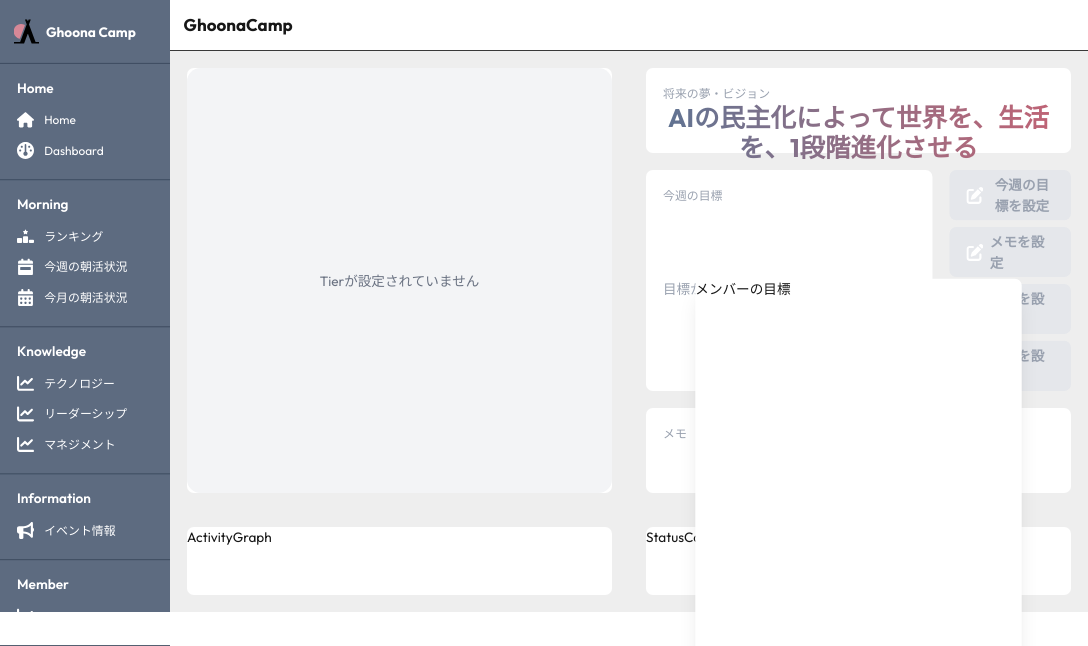
Repository: ShotaGhoona/ghoonacamp_platform
Page: /home/dashboard
The author's editor kept a copy of each file at every save. The page is drawn from the files as they stood at one save, then again after a run of saves.
The browser window is 1280 px wide. The pictures show the whole page, at 85% of full size.
The page's requests for data from a server got no answer. The project was rebuilt for these pictures with package versions that can differ from the ones it lists, and the page was loaded fresh each time. Some packages were replaced by stand-ins written for this rebuild. The framework's server and built-in components were replaced by stand-ins that run in the browser. No one was signed in, and anything a server would have sent is missing. Also part of the build but not shown: next.config.js.

Above is the page before, as saved 2025-04-26 09:08:11.

### src/app/layout.tsx
import type { Metadata } from 'next';
import { Outfit } from 'next/font/google';
import './globals.css';
import Sidebar from '@/components/display/sidebar';
import Header from '@/components/display/header';
import { ClerkProvider } from '@clerk/nextjs';

const outfit = Outfit({ subsets: ['latin'] });

export const metadata: Metadata = {
  title: 'Ghoona Camp',
  description: 'Ghoona Camp Platform',
};

export default function RootLayout({
  children,
}: {
  children: React.ReactNode;
}) {
  return (
    <ClerkProvider>
      <html lang="ja">
        <body className={outfit.className}>
          <div className="flex">
            <div className="w-[200px] transition-all duration-300">
              <Sidebar />
            </div>
            <div className="flex-1 flex flex-col max-h-screen">
              <Header />
              <main className="bg-[#EEEEEE] flex-1 min-h-[calc(100vh-60px)] p-5">
                {children}
              </main>
            </div>
          </div>
        </body>
      </html>
    </ClerkProvider>
  );
}

### src/app/home/dashboard/page.tsx
import DashboardPage from "@/features/home/dashboard/display/index";

export default function Home() {
  return (
    <DashboardPage />
  );
}

### src/components/display/sidebar.tsx
'use client';

import Link from 'next/link';
import { usePathname } from 'next/navigation';
import clsx from 'clsx';

const groups: { title: string; links: { href: string; label: string; icon: string }[] }[] = [
  {
    title: 'Home',
    links: [
      { href: '/home', label: 'Home', icon: '/svg/sidebarIcon/home.svg' },
      { href: '/home/dashboard', label: 'Dashboard', icon: '/svg/sidebarIcon/dashboard.svg' },
    ],
  },
  {
    title: 'Morning',
    links: [
      { href: '/morning/ranking', label: 'ランキング', icon: '/svg/sidebarIcon/ranking.svg' },
      { href: '/morning/weekend', label: '今週の朝活状況', icon: '/svg/sidebarIcon/week.svg' },
      { href: '/morning/month', label: '今月の朝活状況', icon: '/svg/sidebarIcon/month.svg' },
    ],
  },
  {
    title: 'Knowledge',
    links: [
      { href: '/knowledge/tech', label: 'テクノロジー', icon: '/svg/sidebarIcon/analysis.svg' },
      { href: '/knowledge/leadership', label: 'リーダーシップ', icon: '/svg/sidebarIcon/analysis.svg' },
      { href: '/knowledge/management', label: 'マネジメント', icon: '/svg/sidebarIcon/analysis.svg' },
    ],
  },
  {
    title: 'Information',
    links: [{ href: '/information/events', label: 'イベント情報', icon: '/svg/sidebarIcon/externalEvents.svg' }],
  },
  {
    title: 'Member',
    links: [{ href: '/members', label: 'GhoonaCamper', icon: '/svg/sidebarIcon/analysis.svg' }],
  },
];

export default function Sidebar() {
  const pathname = usePathname();

  return (
    <aside className="w-full h-screen bg-[#5D6B80] text-white">
      <div className="flex items-center gap-2 h-[75px] px-4 border-b border-[#374559]">
        <img src="/svg/logo.svg" alt="Ghoona Camp" className="w-[30px] h-[30px]" />
        <span className="font-bold">Ghoona Camp</span>
      </div>

      <nav>
        {groups.map((g) => (
          <div key={g.title} className="border-b border-[#374559] px-[20px] py-4">
            <p className="text-base font-semibold mb-2">
              {g.title}
            </p>
            {g.links.map((l) => (
              <Link
                key={l.href}
                href={l.href}
                className={clsx(
                  'flex items-center gap-3 py-2 text-sm',
                  pathname === l.href
                    ? 'bg-primary text-white'
                    : 'hover:bg-slate-600'
                )}
              >
                <img src={l.icon} alt={l.label} className="w-[20px] h-[20px]" />
                <span>{l.label}</span>
              </Link>
            ))}
          </div>
        ))}
      </nav>
    </aside>
  );
}

### src/components/display/header.tsx
'use client';

import { UserButton, useUser } from '@clerk/nextjs';

export default function Header() {
  const { user, isLoaded } = useUser();

  return (
    <header className="w-full h-16 border-b flex items-center justify-between px-4">
      <div className="flex items-center gap-4">
        <h1 className="text-xl font-bold">GhoonaCamp</h1>
      </div>
      <div className="flex items-center gap-4">
        {isLoaded && user && (
          <div className="flex items-center gap-2">
            <span className="text-sm">
              {user.firstName} {user.lastName}
            </span>
            <UserButton afterSignOutUrl="/" />
          </div>
        )}
      </div>
    </header>
  );
}

### src/features/home/dashboard/display/index.tsx
'use client';

import { ProfileSection } from './ProfileSection';
import { ActivityGraph } from './ActivityGraph';
import { StatusCard } from './StatusCard';
import { TierCard } from './TierCard';

export default function DashboardPage() {
  return (
    <div className="flex flex-col gap-10 h-full">
      <div className="flex h-[500px] gap-10">
        <div className="w-[500px] h-full bg-white rounded-lg">
          <TierCard />
        </div>
        <div className="flex-1 h-full">
          <ProfileSection />
        </div>
      </div>
      <div className="flex-1 flex gap-10">
        <div className="flex-1 h-full bg-white rounded-lg">
          <ActivityGraph />
        </div>
        <div className="flex-1 h-full bg-white rounded-lg">
          <StatusCard/>
        </div>
      </div>
    </div>
  );
}

### src/features/home/dashboard/display/ProfileSection.tsx
import { useWeeklyGoals } from '../hooks/useWeeklyGoals';
import { usePopUp } from '@/hooks/usePopUp';
import { PopUp } from '@/components/display/PopUp';
import { EditGoalModal } from '../modals/EditGoalModal';

export const ProfileSection = () => {
  const { goals, isLoading, error } = useWeeklyGoals();
  const { isOpen, openPopUp, closePopUp } = usePopUp();

  console.log('Component - レンダリング時の状態:', {
    goalsLength: goals.length,
    isLoading,
    hasError: !!error
  });

  return (
    <>
      <div className="w-full h-full flex flex-col items-center justify-center gap-5">
          <div className="w-full h-[20%] bg-white rounded-lg p-5 flex flex-col">
              <p className="text-sm text-gray-400">将来の夢・ビジョン</p>
              <p className="
              flex-1 text-3xl font-bold text-center flex items-center justify-center
              text-transparent bg-clip-text bg-gradient-to-r from-[#5F7392] to-[#BF6375]
              ">AIの民主化によって世界を、生活を、1段階進化させる</p>
          </div>
          <div className="w-full flex-1 gap-5 flex">
              <div className="w-[70%] h-full bg-white rounded-lg p-5 flex flex-col">
                  <p className="text-sm text-gray-400">今週の目標</p>
                  <div className="flex-1 flex flex-col justify-center gap-2">
                      {isLoading ? (
                          <p className="text-gray-400">読み込み中...</p>
                      ) : error ? (
                          <p className="text-red-500">エラーが発生しました</p>
                      ) : goals.length === 0 ? (
                          <p className="text-gray-400">目標が設定されていません</p>
                      ) : (
                          goals.map((goal) => (
                              <p key={goal.id} className="text-gray-700">{goal.content}</p>
                          ))
                      )}
                  </div>
              </div>
              <div className="w-[30%] h-full gap-2 flex flex-col">
                  <button
                      onClick={() => openPopUp()}
                      className="flex-1 bg-gray-200 rounded-lg w-full flex items-center gap-2 px-5 hover:bg-gray-300 transition-colors"
                  >
                      <img src="/svg/edit.svg" alt="" className="w-5 h-5"/>
                      <p className="text-gray-400 font-bold">今週の目標を設定</p>
                  </button>
                  <div className="flex-1 bg-gray-200 rounded-lg w-full flex items-center gap-2 px-5">
                      <img src="/svg/edit.svg" alt="" className="w-5 h-5"/>
                      <p className="text-gray-400 font-bold">メモを設定</p>
                  </div>
                  <div className="flex-1 bg-gray-200 rounded-lg w-full flex items-center gap-2 px-5">
                      <img src="/svg/edit.svg" alt="" className="w-5 h-5"/>
                      <p className="text-gray-400 font-bold">メモを設定</p>
                  </div>
                  <div className="flex-1 bg-gray-200 rounded-lg w-full flex items-center gap-2 px-5">
                      <img src="/svg/edit.svg" alt="" className="w-5 h-5"/>
                      <p className="text-gray-400 font-bold">メモを設定</p>
                  </div>
              </div>
          </div>
          <div className="w-full h-[20%] bg-white rounded-lg p-5">
              <p className="text-sm text-gray-400">メモ</p>
          </div>
      </div>

      {/* 目標設定ポップアップ */}
      <PopUp isOpen={isOpen} onClose={closePopUp}>
        <EditGoalModal onClose={closePopUp} />
      </PopUp>
    </>
  );
};

### src/features/home/dashboard/display/ActivityGraph.tsx
export const ActivityGraph = () => {
    return <div>ActivityGraph</div>;
  };

### src/features/home/dashboard/display/StatusCard.tsx
export const StatusCard = () => {
    return <div>StatusCard</div>;
  };

### src/features/home/dashboard/display/TierCard.tsx
'use client';

import { useUserTier } from '../hooks/useUserTier';

export const TierCard = () => {
  const { tier, isLoading, error } = useUserTier();

  if (isLoading) {
    return (
      <div className="w-full h-full flex items-center justify-center bg-gray-100 rounded-2xl">
        <div className="text-gray-500">読み込み中...</div>
      </div>
    );
  }

  if (error) {
    return (
      <div className="w-full h-full flex items-center justify-center bg-gray-100 rounded-2xl">
        <div className="text-red-500">エラーが発生しました</div>
      </div>
    );
  }

  if (!tier) {
    return (
      <div className="w-full h-full flex items-center justify-center bg-gray-100 rounded-2xl">
        <div className="text-gray-500">Tierが設定されていません</div>
      </div>
    );
  }

  return (
    <div
      className="w-full h-full flex flex-col items-center justify-center relative rounded-lg overflow-hidden"
      style={{ backgroundColor: tier.badgeColor }}
    >
      <img
        src={`${tier.cardImageUrl}.svg`}
        alt={tier.titleEn}
        className="w-[80%] h-[80%] object-contain"
      />
      <div className="absolute bottom-0 p-6 text-white flex flex-col items-center justify-center mb-10">
        <div className="text-2xl font-bold">{tier.titleJa}</div>
        <div className="text-5xl font-bold">{tier.titleEn}</div>
      </div>
    </div>
  );
};

### src/features/home/dashboard/hooks/useWeeklyGoals.ts
'use client';

import { useEffect, useState } from 'react';
import { useAuth } from '@clerk/nextjs';

type WeeklyGoal = {
  id: number;
  content: string;
  isPublic: boolean;
  isPast: boolean;
  reflection: string | null;
  weekStart: string;
};

export const useWeeklyGoals = () => {
  const { userId } = useAuth();
  const [goals, setGoals] = useState<WeeklyGoal[]>([]);
  const [isLoading, setIsLoading] = useState(true);
  const [error, setError] = useState<Error | null>(null);

  useEffect(() => {
    console.log('Hook - useEffect発火, userId:', userId);

    const fetchWeeklyGoals = async () => {
      if (!userId) {
        console.log('Hook - userIdが存在しないため、処理を中断');
        setIsLoading(false);
        return;
      }

      try {
        console.log('Hook - APIリクエスト開始');
        const response = await fetch('/api/user/weekly-goals');
        console.log('Hook - APIレスポンス:', response.status, response.statusText);

        if (!response.ok) {
          throw new Error('週間目標の取得に失敗しました');
        }
        const data = await response.json();
        console.log('Hook - 取得したデータ:', data);
        setGoals(data);
      } catch (err) {
        console.error('Hook - エラー発生:', err);
        setError(err instanceof Error ? err : new Error('Unknown error'));
      } finally {
        setIsLoading(false);
      }
    };

    fetchWeeklyGoals();
  }, [userId]);

  return { goals, isLoading, error };
};

### src/hooks/usePopUp.ts
import { useState } from 'react';

type UsePopUpReturn = {
  isOpen: boolean;
  selectedData: any | null;
  openPopUp: (data?: any) => void;
  closePopUp: () => void;
};

export const usePopUp = (): UsePopUpReturn => {
  const [isOpen, setIsOpen] = useState(false);
  const [selectedData, setSelectedData] = useState<any | null>(null);

  const openPopUp = (data: any = null) => {
    setSelectedData(data);
    setIsOpen(true);
  };

  const closePopUp = () => {
    setIsOpen(false);
    setSelectedData(null);
  };

  return {
    isOpen,
    selectedData,
    openPopUp,
    closePopUp,
  };
};

### src/components/display/PopUp.tsx
import { ReactNode } from 'react';
import { XMarkIcon } from '@heroicons/react/24/outline';

type PopUpProps = {
  isOpen: boolean;
  onClose: () => void;
  children: ReactNode;
};

export const PopUp = ({ isOpen, onClose, children }: PopUpProps) => {
  return (
    <>
      {/* オーバーレイ */}
      <div
        className={`fixed inset-0 bg-black/30 transition-opacity duration-300 ${
          isOpen ? 'opacity-100' : 'opacity-0 pointer-events-none'
        }`}
        onClick={onClose}
      />
      <div className="flex justify-center items-center">

        <div
            className={`fixed
            w-[30%] h-[70%] bg-white rounded-lg shadow-xl transition-all duration-300
            }`}
        >
            <div>
                <p>メンバーの目標</p>
            </div>
        </div>

        {/* ポップアップパネル */}
        <div
            className={`fixed top-1/2 left-1/2 transform -translate-x-1/2 -translate-y-1/2
            w-[50%] h-[70%] bg-white rounded-lg shadow-xl transition-all duration-300 ${
            isOpen ? 'scale-100 opacity-100' : 'scale-95 opacity-0 pointer-events-none'
            }`}
        >
            <div className="flex flex-col h-[100%]">
            {/* ヘッダー */}
            <div className="flex justify-end p-4">
                <button
                onClick={onClose}
                className="text-gray-400 hover:text-gray-600 transition-colors"
                >
                <XMarkIcon className="h-5 w-5" />
                </button>
            </div>

            {/* コンテンツエリア */}
            <div className="flex-1 px-6 pb-6">
                {children}
            </div>
            </div>
        </div>
      </div>
    </>
  );
};

### src/features/home/dashboard/modals/EditGoalModal.tsx
'use client';

import { useState, useEffect } from 'react';
import { useSaveWeeklyGoal, WeeklyGoalInput } from '../hooks/useSaveWeeklyGoal';
import { useWeeklyGoals } from '../hooks/useWeeklyGoals';

type EditGoalModalProps = {
  onClose: () => void;
};

export const EditGoalModal = ({ onClose }: EditGoalModalProps) => {
  const { saveGoals, isLoading: isSaving, error: saveError } = useSaveWeeklyGoal();
  const { goals: currentGoals, isLoading: isLoadingGoals } = useWeeklyGoals();
  const [goals, setGoals] = useState<string[]>(['']);
  const [isPublic, setIsPublic] = useState(true);

  // 既存の目標をフォームに設定
  useEffect(() => {
    if (currentGoals && currentGoals.length > 0) {
      // 現在の目標をフォームに設定
      const contents = currentGoals.map(goal => goal.content);
      setGoals(contents);
      // 公開設定も既存の設定を使用
      setIsPublic(currentGoals[0]?.isPublic ?? true);
    }
  }, [currentGoals]);

  const handleSave = async () => {
    const input: WeeklyGoalInput = {
      goals: goals.filter(goal => goal.trim() !== ''),
      isPublic,
    };

    const success = await saveGoals(input);
    if (success) {
      onClose();
    }
  };

  const addGoal = () => {
    setGoals([...goals, '']);
  };

  const removeGoal = (index: number) => {
    setGoals(goals.filter((_, i) => i !== index));
  };

  const updateGoal = (index: number, value: string) => {
    const newGoals = [...goals];
    newGoals[index] = value;
    setGoals(newGoals);
  };

  if (isLoadingGoals) {
    return (
      <div className="flex items-center justify-center h-[400px]">
        <p className="text-gray-500">読み込み中...</p>
      </div>
    );
  }

  return (
    <div className="flex flex-col justify-between h-[100%]">
      <div className="">
        {/* タイトル */}
        <h2 className="text-2xl font-bold text-gray-800 mb-5">今週の目標を設定</h2>
        <div className="w-full border border-gray-300 rounded-lg p-5 flex flex-col mb-5">
            <p className="text-sm text-gray-400">将来の夢・ビジョン</p>
            <p className="
            flex-1 text-3xl font-bold text-center flex items-center justify-center
            text-transparent bg-clip-text bg-gradient-to-r from-[#5F7392] to-[#BF6375]
            ">AIの民主化によって世界を、生活を、1段階進化させる</p>
        </div>

        {/* エラーメッセージ */}
        {saveError && (
          <div className="mb-4 text-red-500 text-sm">
            {saveError.message}
          </div>
        )}

        {/* フォーム */}
        <div className="space-y-4">
            {goals.map((goal, index) => (
              <div key={index} className="flex gap-2">
                <input
                  type="text"
                  className="flex-1 px-3 py-2 bg-gray-100 rounded-lg focus:outline-none focus:ring-2 focus:ring-gray-300 focus:border-gray-300"
                  placeholder={index === 0 ? "目標を入力（必須）" : "目標を入力（任意）"}
                  value={goal}
                  onChange={(e) => updateGoal(index, e.target.value)}
                />
                {goals.length > 1 && (
                  <button
                    onClick={() => removeGoal(index)}
                    className="px-2 py-2 text-gray-500 hover:text-red-500 transition-colors"
                  >
                    ×
                  </button>
                )}
              </div>
            ))}

            {/* 目標追加ボタン */}
            <button
              onClick={addGoal}
              className="w-full px-3 py-2 text-sm text-gray-500 border border-dashed border-gray-300 rounded-lg hover:bg-gray-50 transition-colors"
            >
              + 目標を追加
            </button>

            {/* 公開設定 */}
            <div className="flex items-center gap-2 mt-4">
              <input
                type="checkbox"
                id="isPublic"
                className="h-4 w-4 text-blue-600 focus:ring-blue-500 border-gray-300 rounded"
                checked={isPublic}
                onChange={(e) => setIsPublic(e.target.checked)}
              />
              <label htmlFor="isPublic" className="text-sm text-gray-700">
                目標を他のメンバーに公開する
              </label>
            </div>
        </div>
      </div>
      <div className="flex justify-between gap-3 pt-4">
        <div className="flex gap-3">
            <button
                onClick={() => openPopUp('left')}
                className="px-4 py-2 text-sm font-medium text-gray-700 bg-white border border-gray-300 rounded-md shadow-sm hover:bg-gray-50 focus:outline-none focus:ring-2 focus:ring-offset-2 focus:ring-blue-500"
            >
                メンバーの目標を覗く
            </button>
        </div>
        <div className="flex gap-3">
            <button
            onClick={onClose}
            disabled={isSaving}
            className="px-4 py-2 text-sm font-medium text-gray-700 bg-white border border-gray-300 rounded-md shadow-sm hover:bg-gray-50 focus:outline-none focus:ring-2 focus:ring-offset-2 focus:ring-blue-500"
            >
            キャンセル
            </button>
            <button
            onClick={handleSave}
            disabled={isSaving || !goals[0]?.trim()}
            className={`px-4 py-2 text-sm font-medium text-white border border-transparent rounded-md shadow-sm focus:outline-none focus:ring-2 focus:ring-offset-2 focus:ring-blue-500 ${
                isSaving || !goals[0]?.trim()
                ? 'bg-gray-400 cursor-not-allowed'
                : 'bg-[#5D6B80] hover:bg-[#4D5B70]'
                }`}
                >
            {isSaving ? '保存中...' : '保存する'}
            </button>
          </div>
      </div>
    </div>
  );
};

### src/features/home/dashboard/hooks/useUserTier.ts
'use client';

import { useAuth } from '@clerk/nextjs';
import { useState, useEffect } from 'react';

type UserTier = {
  id: number;
  level: number;
  titleJa: string;
  titleEn: string;
  cardImageUrl: string;
  badgeColor: string;
};

export const useUserTier = () => {
  const { userId } = useAuth();
  const [tier, setTier] = useState<UserTier | null>(null);
  const [isLoading, setIsLoading] = useState(true);
  const [error, setError] = useState<Error | null>(null);

  useEffect(() => {
    const fetchUserTier = async () => {
      if (!userId) {
        setIsLoading(false);
        return;
      }

      try {
        const response = await fetch(`/api/user/tier?userId=${userId}`);
        if (!response.ok) {
          throw new Error('Failed to fetch user tier');
        }
        const data = await response.json();
        setTier(data);
      } catch (err) {
        setError(err instanceof Error ? err : new Error('Unknown error'));
      } finally {
        setIsLoading(false);
      }
    };

    fetchUserTier();
  }, [userId]);

  return { tier, isLoading, error };
};

### src/features/home/dashboard/hooks/useSaveWeeklyGoal.ts
'use client';

import { useState } from 'react';
import { useAuth } from '@clerk/nextjs';
import { getWeekStartDate } from '@/utils/date';

export type WeeklyGoalInput = {
  goals: string[];
  isPublic: boolean;
};

type UseSaveWeeklyGoalReturn = {
  saveGoals: (input: WeeklyGoalInput) => Promise<boolean>;
  isLoading: boolean;
  error: Error | null;
};

export const useSaveWeeklyGoal = (): UseSaveWeeklyGoalReturn => {
  const { userId } = useAuth();
  const [isLoading, setIsLoading] = useState(false);
  const [error, setError] = useState<Error | null>(null);

  const saveGoals = async (input: WeeklyGoalInput): Promise<boolean> => {
    if (!userId) {
      setError(new Error('ユーザーが認証されていません'));
      return false;
    }

    setIsLoading(true);
    setError(null);

    try {
      const weekStart = getWeekStartDate();

      const response = await fetch('/api/user/weekly-goals', {
        method: 'POST',
        headers: {
          'Content-Type': 'application/json',
        },
        body: JSON.stringify({
          goals: input.goals.filter(goal => goal.trim() !== ''),
          isPublic: input.isPublic,
          weekStart: weekStart.toISOString(),
        }),
      });

      if (!response.ok) {
        const errorData = await response.json();
        throw new Error(errorData.error || '目標の保存に失敗しました');
      }

      return true;
    } catch (err) {
      setError(err instanceof Error ? err : new Error('Unknown error'));
      return false;
    } finally {
      setIsLoading(false);
    }
  };

  return {
    saveGoals,
    isLoading,
    error,
  };
};

### src/utils/date.ts
/**
 * 指定された日付の週の月曜日の0時0分0秒を取得します
 * @param date - 基準となる日付（デフォルトは現在の日付）
 * @returns 週の月曜日の0時0分0秒
 */
export const getWeekStartDate = (date: Date = new Date()): Date => {
  const monday = new Date(date);
  monday.setDate(date.getDate() - date.getDay() + 1);
  monday.setHours(0, 0, 0, 0);
  return monday;
};

Loaded but not shown: src/app/globals.css (common file)

After the next 2 saves:
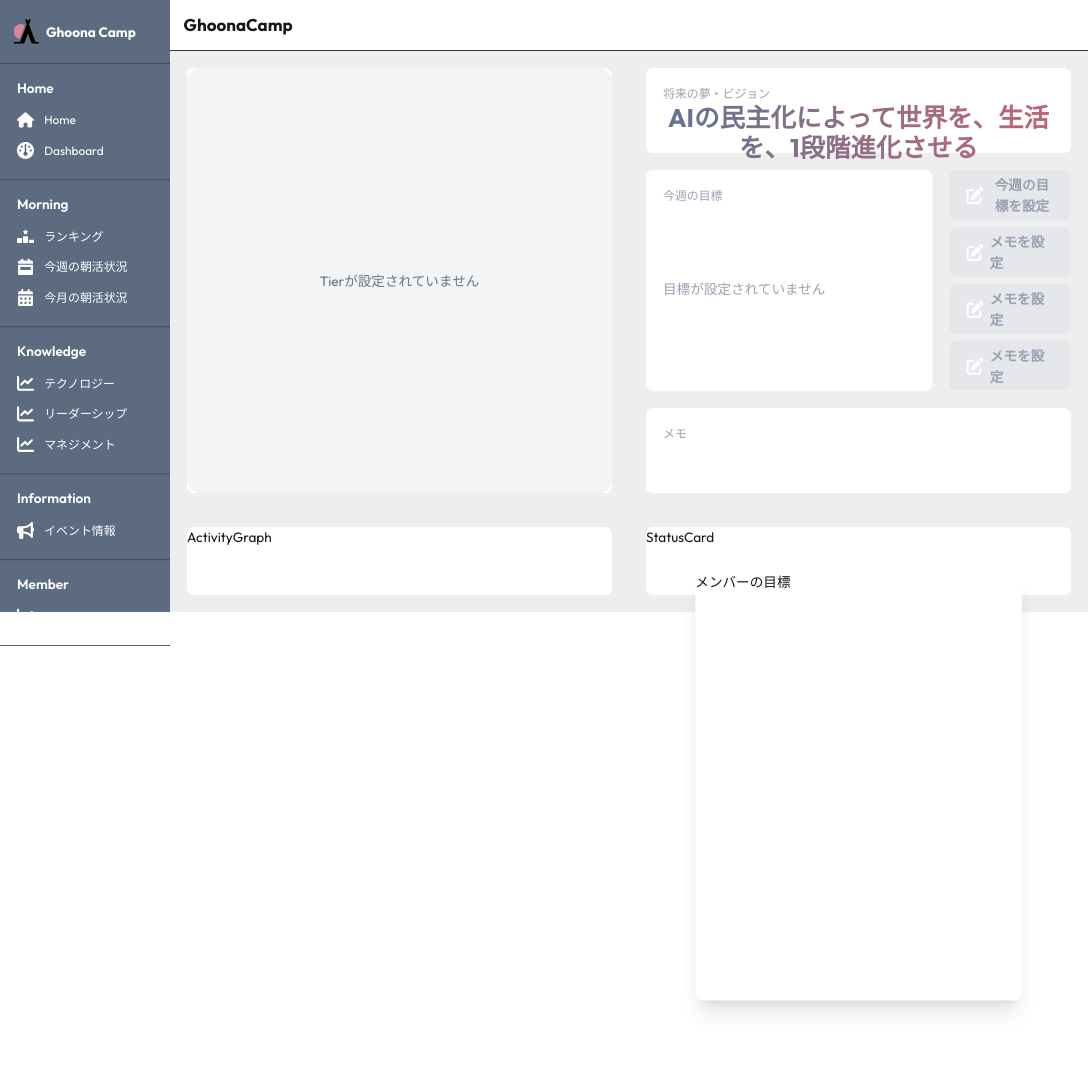
The 2 saves are shown as one change because they came seconds apart.
The last was saved 22 s later.
--- a/src/components/display/PopUp.tsx
+++ b/src/components/display/PopUp.tsx
@@ -31,7 +31,7 @@ export const PopUp = ({ isOpen, onClose, children }: PopUpProps) => {
 
         {/* ポップアップパネル */}
         <div
-            className={`fixed top-1/2 left-1/2 transform -translate-x-1/2 -translate-y-1/2
+            className={`top-1/2 left-1/2 transform -translate-x-1/2 -translate-y-1/2
             w-[50%] h-[70%] bg-white rounded-lg shadow-xl transition-all duration-300 ${
             isOpen ? 'scale-100 opacity-100' : 'scale-95 opacity-0 pointer-events-none'
             }`}
